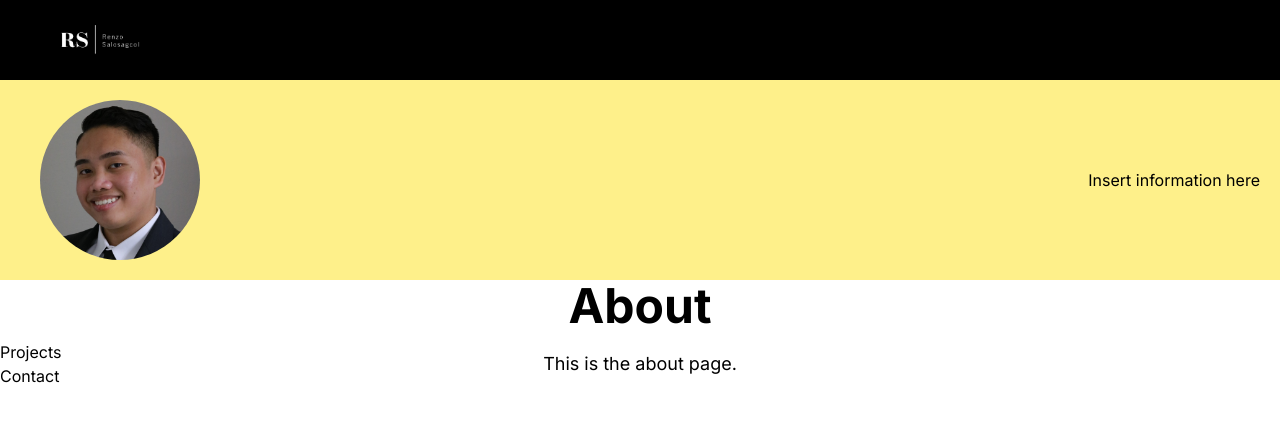
Repository: Renzo-Salosagcol/Portfolio-Website
Page: / (app in resume_website/)
The author's editor kept a copy of each file at every save. The page is drawn from the files as they stood at one save, then again after the next save.
The browser window is 1280 px wide. The pictures show the whole page.
The project was rebuilt for these pictures with package versions that can differ from the ones it lists, and the page was loaded fresh each time. Also part of the build but not shown: resume_website/vite.config.js.

Above is the page before, as saved 2024-12-10 14:59:59.

After the next save:
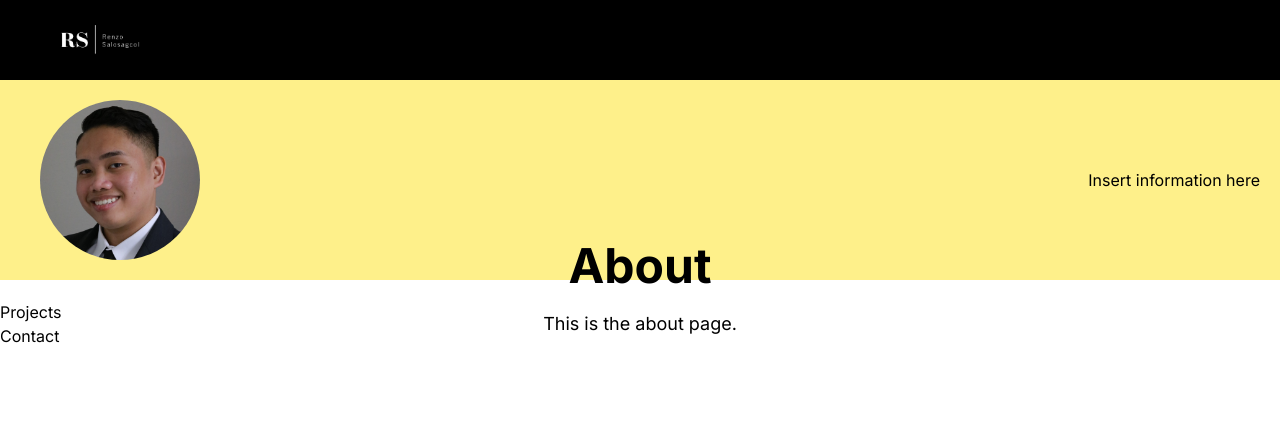
Saved 10 s later.
--- a/resume_website/src/components/about.jsx
+++ b/resume_website/src/components/about.jsx
@@ -1,6 +1,6 @@
 const About = () => {
   return (
-    <div className="flex flex-col items-center justify-center h-5 mt-10">
+    <div className="flex flex-col items-center justify-center h-5">
       <h1 className="text-5xl font-bold">About</h1>
       <p className="text-lg mt-5">This is the about page.</p>
     </div>
